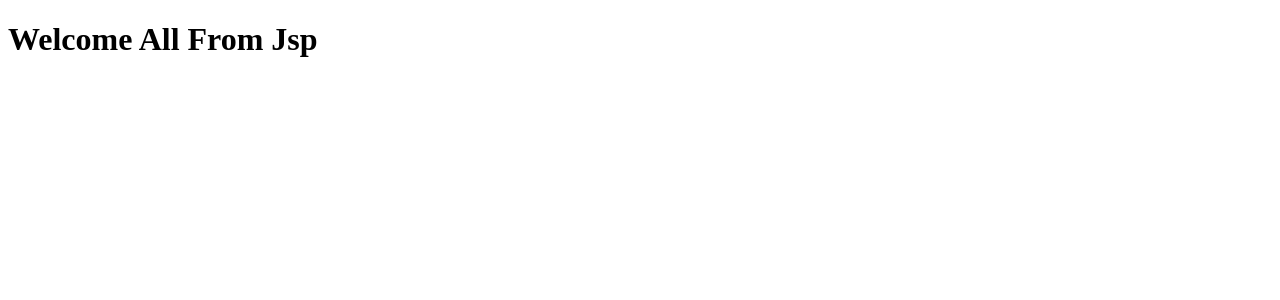
Repository: PallaviWalve/Advance-Java
Page: http://localhost/Web_Project/greeting.jsp
These files come from the project's save history. The page is drawn as it stood at one moment and after the next save; the edit follows.
The browser window is 1280 px wide. The pictures show the whole page.
The page is served by Tomcat 10. Other server files are loaded and not shown.

Above is the page before, as saved 2024-06-05 11:36:36.

### Web_Project/src/main/webapp/greeting.jsp
<%@ page language="java" contentType="text/html; charset=UTF-8"
    pageEncoding="UTF-8"%>
<!DOCTYPE html>
<html>

<body>
	<h1>Welcome All From Jsp</h1>
</body>
</html>

After the next save:
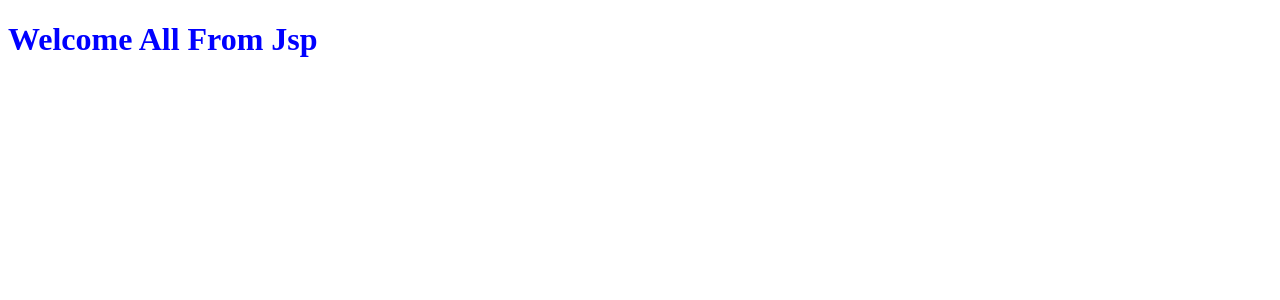
Saved 39 s later.
--- a/Web_Project/src/main/webapp/greeting.jsp
+++ b/Web_Project/src/main/webapp/greeting.jsp
@@ -4,6 +4,6 @@
 <html>
 
 <body>
-	<h1>Welcome All From Jsp</h1>
+	<h1 style="color:blue">Welcome All From Jsp</h1>
 </body>
 </html>
